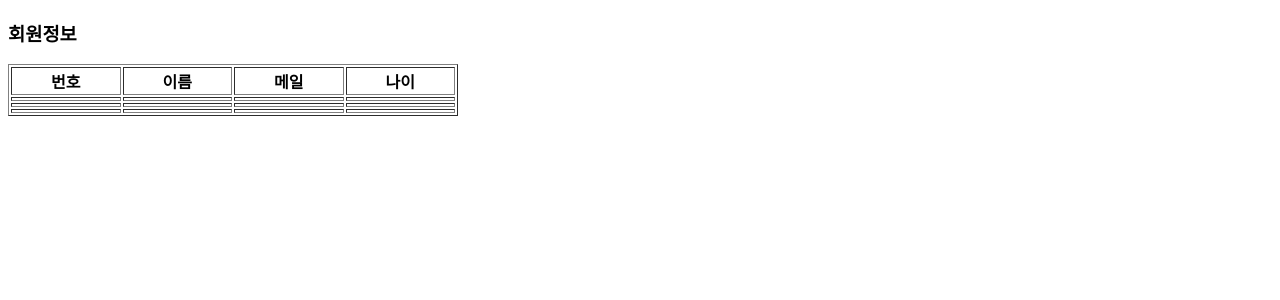
Repository: fatesky25/JSPprogram
Page: http://localhost/ServletProject/jstl/forEx02.jsp
An editor plug-in stored every save of this project. The page is shown before and after the next save, followed by the edit.
The browser window is 1280 px wide. The pictures show the whole page.
The page is served by Tomcat 9. Nobody is signed in. The application's start-up code is not run. Other server files are loaded and not shown.

Above is the page before, as saved 2023-02-16 04:37:25.

### ServletProject/src/main/webapp/jstl/forEx02.jsp
<%@page import="com.jstl.MemberVO,java.util.ArrayList"%>
<%@ page language="java" contentType="text/html; charset=UTF-8"
    pageEncoding="UTF-8"%>
<%@ taglib prefix="c" uri="http://java.sun.com/jsp/jstl/core" %>

<%

MemberVO vo1 = new MemberVO("손오공","son@naver.com",500);
MemberVO vo2 = new MemberVO("사오정","sao@naver.com",50);
MemberVO vo3 = new MemberVO("저팔계","pal@naver.com",100);

ArrayList<MemberVO> memberList = new ArrayList<MemberVO>();

memberList.add(vo1);
memberList.add(vo2);
memberList.add(vo3);
request.setAttribute("memberList", memberList);
%>
<!DOCTYPE html>
<html>
<head>
<meta charset="UTF-8">
<title></title>
</head>
<body>
<h3>회원정보</h3>
<table border="1" width="450">

    <tr>
        <th>번호</th>
        <th>이름</th>
        <th>메일</th>
        <th>나이</th>
    </tr>

     <c:forEach var="member" items="${memberList}" varStatus="num">
        <tr>
         <td align="center"></td>
         <td align="center"></td>
         <td align="center"></td>
         <td align="center"></td>



        </tr>
     </c:forEach>


</table>
</body>
</html>

### ServletProject/src/main/java/com/jstl/MemberVO.java
package com.jstl;

public class MemberVO {

	private String name;
	private String email;
	private int age;

	public MemberVO() {  }

	public MemberVO(String name, String email, int age) {
		this.name= name;
		this.email = email;
		this.age = age;
	}

	public String getName() {
		return name;
	}

	public void setName(String name) {
		this.name = name;
	}

	public String getEmail() {
		return email;
	}

	public void setEmail(String email) {
		this.email = email;
	}

	public int getAge() {
		return age;
	}

	public void setAge(int age) {
		this.age = age;
	}

}

After the next save:
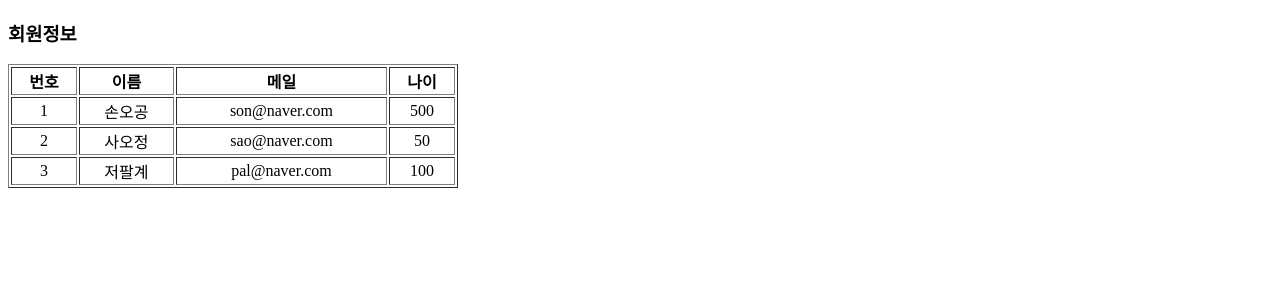
Saved 49 s later.
--- a/ServletProject/src/main/webapp/jstl/forEx02.jsp
+++ b/ServletProject/src/main/webapp/jstl/forEx02.jsp
@@ -35,10 +35,10 @@ request.setAttribute("memberList", memberList);
 
      <c:forEach var="member" items="${memberList}" varStatus="num">
         <tr>
-         <td align="center"></td>
-         <td align="center"></td>
-         <td align="center"></td>
-         <td align="center"></td>
+         <td align="center">${num.count}</td>
+         <td align="center">${member.name}</td>
+         <td align="center">${member.email}</td>
+         <td align="center">${member.age}</td>
 
 
 
